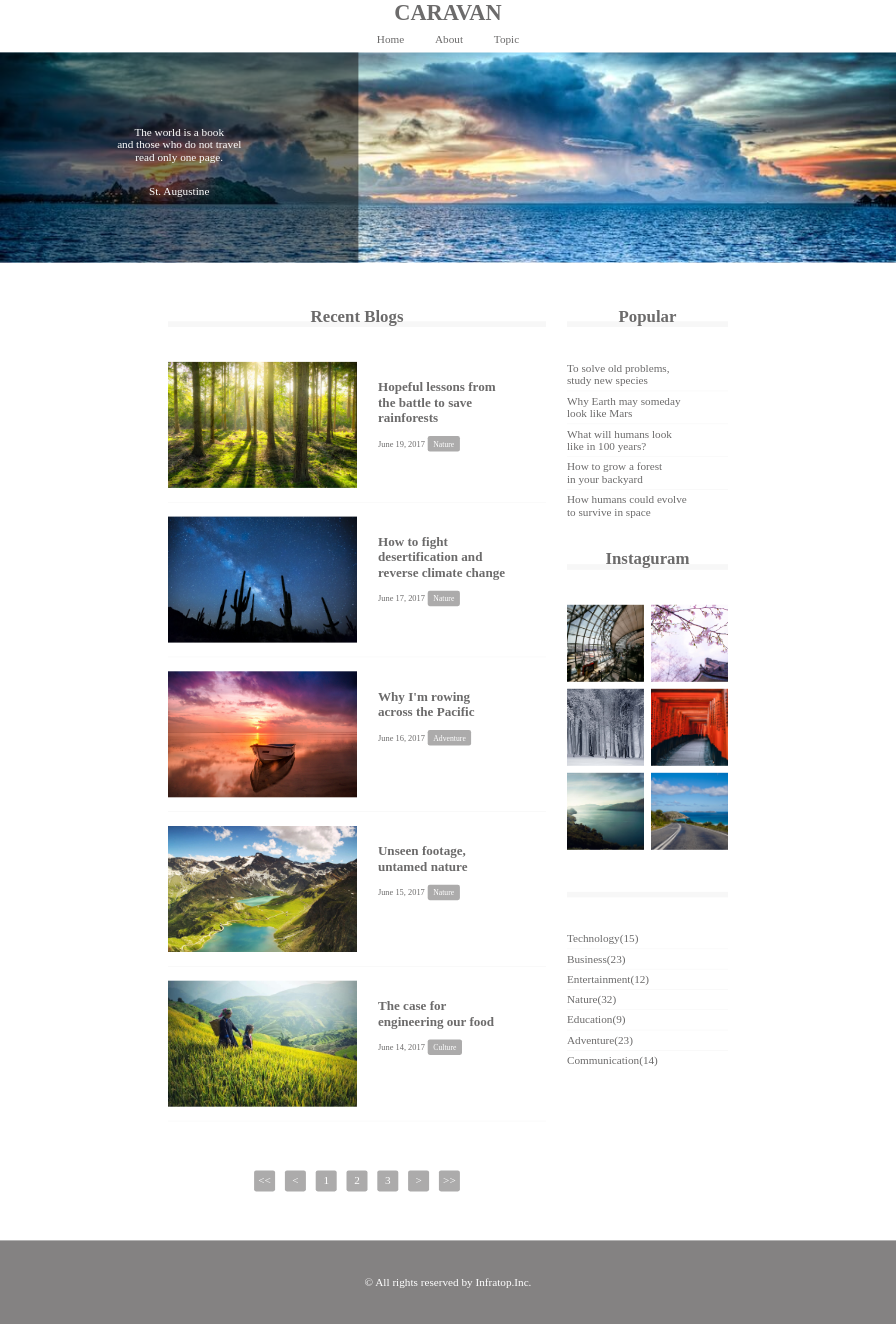
Repository: 825814/caravan2
Page: caravan/index.html
The author's editor kept a record of every edit. The page is drawn from the files as they stood at one moment, then again after the next edit.
The browser window is 1280 px wide. The pictures show the whole page, at 70% of full size.
Some web libraries are served in a nearby version.

Above is the page before.

### caravan/index.html
<!DOCTYPE html>
<html lang="ja">
  <head>
    <meta http-equiv="content-type" content="text/html; charset=utf-8" />
    <script src="https://kit.fontawesome.com/4138dbd88f.js" crossorigin="anonymous"></script>
    <link rel="stylesheet" href="style.css" />
    <title>CARAVAN</title>
  </head>

  <body>

    <header>
      <h1 class="heading">
        <a href="index.html">
        CARAVAN
        </a>
      </h1>

      <div class="social"></div>
    </header>


    <nav>
      <ul class="nav-list">
        <li class="nav-list-item">
          <a href="index.html">Home</a>
        </li>
        <li class="nav-list-item">About</li>
        <li class="nav-list-item">Topic</li>
      </ul>
    </nav>


    <div class="main-visual">
      <div class="main-visual-content">
        <p class="main-visual-text">
          The world is a book<br />
          and those who do not travel<br />
          read only one page.
          </p>
        <p class="main-visual-name">
          St. Augustine
        </p>
      </div>
    </div>


    <main>
      <section class="blog">
        <h2 class="blog-heading">Recent Blogs</h2>
        <div class="blog-box">
          <div class="blog-item">
            <img  class="blog-image" src="img/forest.jpg">
            <section class="blog-text">
              <h3 class="blog-text-heading">
                <a href="single.html">
                 Hopeful lessons from<br>
                 the battle to save<br>
                 rainforests
                </a>
              </h3>
              <p class="blog-date">June 19, 2017</p>
              <span class="category">Nature</span>
            </section>
          </div>
          <div class="blog-item">
            <img  class="blog-image" src="img/desert.jpg">
            <section class="blog-text">
              <h3 class="blog-text-heading">
                <a href="single.html">
                 How to fight<br />
                  desertification and<br />
                  reverse climate change
                </a>
              </h3>
              <p class="blog-date">June 17, 2017</p>
              <span class="category">Nature</span>
            </section>
          </div>
          <div class="blog-item">
            <img  class="blog-image" src="img/sunset.jpg">
            <section class="blog-text">
              <h3 class="blog-text-heading">
                <a href="single.html">
                 Why I'm rowing<br />
                  across the Pacific
                </a>
              </h3>
              <p class="blog-date">June 16, 2017</p>
              <span class="category">Adventure</span>
            </section>
          </div>
          <div class="blog-item">
            <img  class="blog-image" src="img/italy.jpg">
            <section class="blog-text">
              <h3 class="blog-text-heading">
                <a href="single.html">
                Unseen footage,<br />
                  untamed nature
                </a>
              </h3>
              <p class="blog-date">June 15, 2017</p>
              <span class="category">Nature</span>
            </section>
          </div>
          <div class="blog-item">
            <img  class="blog-image" src="img/asia.jpg">
            <section class="blog-text">
              <h3 class="blog-text-heading">
                <a href="single.html">
                  The case for<br />
                  engineering our food
                </a>
              </h3>
              <p class="blog-date">June 14, 2017</p>
              <span class="category">Culture</span>
            </section>
          </div>
      </div>
      <div class="pagination">
        <P><<</P>
        <p><</p>
        <p>1</p>
        <p>2</p>
        <p>3</p>
        <p>></p>
        <p>>></p>
      </div>
    </section>
      <div class="sidebar">
        <section class="popular">
          <h2 class="popular-heading common-heading">Popular</h2>
          <div class="sidebar-contents">
            <p class="popular-text">
              To solve old problems,<br>study new species
              </p>
            <p class="popular-text">
              Why Earth may someday<br>look like Mars
              </p>
            <p class="popular-text">
              What will humans look<br>like in 100 years?
              </p>
            <p class="popular-text">
              How to grow a forest<br>in your backyard
              </p>
            <p class="popular-text">
              How humans could evolve<br>to survive in space
              </p>
          </div>
        </section>
        <section class="instagram">
          <h2 class="instagram-heading common-heading">Instaguram</h2>
          <div class="sidebar-contents">
            <div class="instagram-box"></div>
            <div class="instagram-box"></div>
            <div class="instagram-box"></div>
            <div class="instagram-box"></div>
            <div class="instagram-box"></div>
            <div class="instagram-box"></div>
          </div>
        </section>
        <section class="categories">
          <h2 class="categories-heading common-heading"></h2>
          <div class="sidebar-contents">
            <p class="categories-text">Technology(15)</p>
            <p class="categories-text">Business(23)</p>
            <p class="categories-text">Entertainment(12)</p>
            <p class="categories-text">Nature(32)</p>
            <p class="categories-text">Education(9)</p>
            <p class="categories-text">Adventure(23)</p>
            <p class="categories-text">Communication(14)</p>
          </div>
        </section>
      </div>
    </main>


    <footer>
      <p class="footer-text">© All rights reserved by Infratop.Inc.</p>
    </footer>
  </body>
</html>

### caravan/style.css
* {
  margin: 0;
  padding: 0;
  box-sizing: border-box;
  color: #6c6b6b;
}


a {
  text-decoration: none;
}

header {
  width: 90%;
  height: 15px 0;
  margin: 0 auto;
  text-align: center
}

header .heading {

  font-size: 32px;
}

.nav-list {
  text-align: center;
  padding: 10px 0;
  margin:0 auto;
}

.nav-list-item {
  list-style: none;
  display: inline-block;
  margin: 0 20px;
}

.main-visual {
  width: 100%;
  height: 300px;
  background-image: url(img/mv.jpg);
  background-size: cover;
  background-position: center;
}

.main-visual-content {
  width: 40%;
  height: 300px;
  background-color: rgba(0, 0, 0 ,0.5);
  text-align: center;
  padding-top: 105px;
}

.main-visual-text {
  color: #fff;
}

.main-visual-name {
  margin-top: 30px;
  color: #fff;
}

main {
  width: 800px;
  display: flex;
  justify-content: center;
  margin: 0 auto;
  padding: 70px 0;
}

.blog {
  width: 540px;
  margin-right: 30px;
}

.blog-heading {
  border-bottom: 8px solid #f7f7f7;
  text-align: center;
  line-height: 0.6;
}

.blog-box {
  padding-top: 50px;
}

.blog-item {
  padding-bottom: 20px;
  margin-bottom: 20px;
  border-bottom: 1px solid #f7f7f7;
  display: flex;
  justify-content: flex-start;
}

.blog-image {
  height: 180px;
}

.blog-text {
  padding: 25px 0 0 30px;
}

.blog-text-heading {
  padding-bottom: 15px;
}

.blog-date {
  font-size: 12px;
  display: inline-block;
}

.category {
  display: inline-block;
  padding: 5px 8px;
  background-color: #acabab;
  border-radius: 3px;
  color: #fff;
  font-size: 11px;
}

.pagination {
  text-align: center;
  padding-top: 50px;
}

.pagination p {
  display: inline-block;
  width: 30px;
  height: 30px;
  margin: 0 5px;
  color: #fff;
  background-color: #acabab;
  border-radius: 3px;
  line-height: 30px;
}

.sidebar {
  width: 230px;
}

.common-heading {
  border-bottom: 8px solid #f7f7f7;
  text-align: center;
  line-height: 0.6;
}

.sidebar-contents {
  padding: 50px 0;
}

.popular-text,
.categories-text {
  padding-bottom: 5px;
  border-bottom: 1px solid #f7f7f7;
  margin-bottom: 5px;
}

.popular-text:last-child,
.categories-text:last-child {
  margin: 0;
  padding: 0;
  border: none;
}

.instagram .sidebar-contents {
  display: flex;
  flex-wrap:wrap;
}

.instagram-box {
  width: 110px;
  padding-top: 110px;
  background-size: cover;
  background-position: center;
  margin-bottom: 10px;
}

.instagram-box:nth-child(odd) {
  margin-right: 10px;
}

.instagram-box:nth-child(1) {
  background-image: url(img/airport.jpg);
}

.instagram-box:nth-child(2) {
  background-image: url(img/japan.jpg);
}

.instagram-box:nth-child(3) {
  background-image: url(img/snow.jpg);
}

.instagram-box:nth-child(4) {
  background-image: url(img/japan2.jpg);
}

.instagram-box:nth-child(5) {
  background-image: url(img/lake.jpg);
}

.instagram-box:nth-child(6) {
  background-image: url(img/road.jpg);
}

footer {
  width: 100%;
  height: 120px;
  text-align: center;
  line-height: 120px;
  background-color: #848282;
}

.footer-text {
  color: #fff;
}

After the next edit:
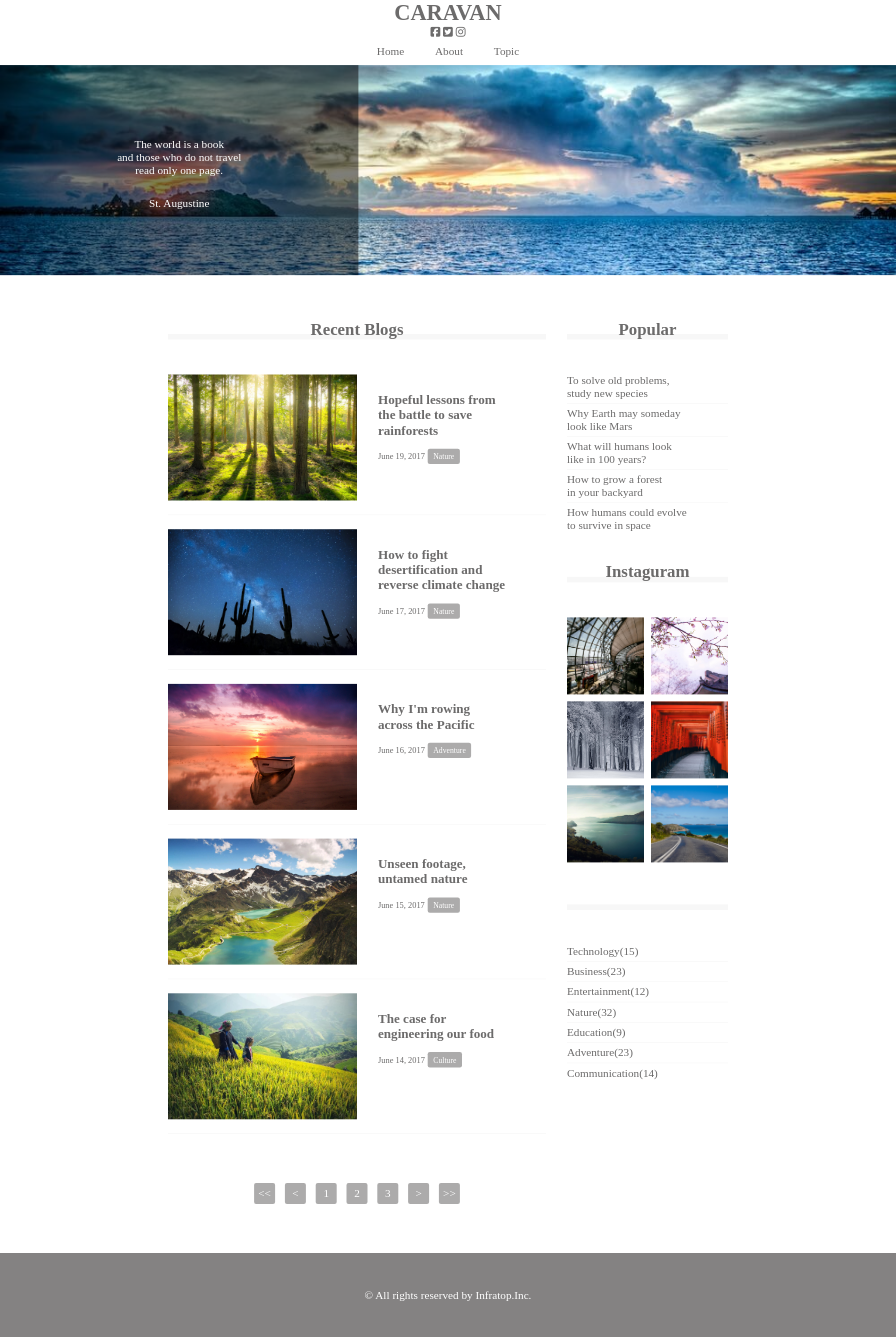
The edit:
--- a/caravan/index.html
+++ b/caravan/index.html
@@ -16,7 +16,11 @@
         </a>
       </h1>
 
-      <div class="social"></div>
+      <div class="social">
+        <i class="fa-brands fa-square-facebook"></i>
+        <i class="fa-brands fa-square-twitter"></i>
+        <i class="fa-brands fa-instagram"></i>
+      </div>
     </header>
 
 
